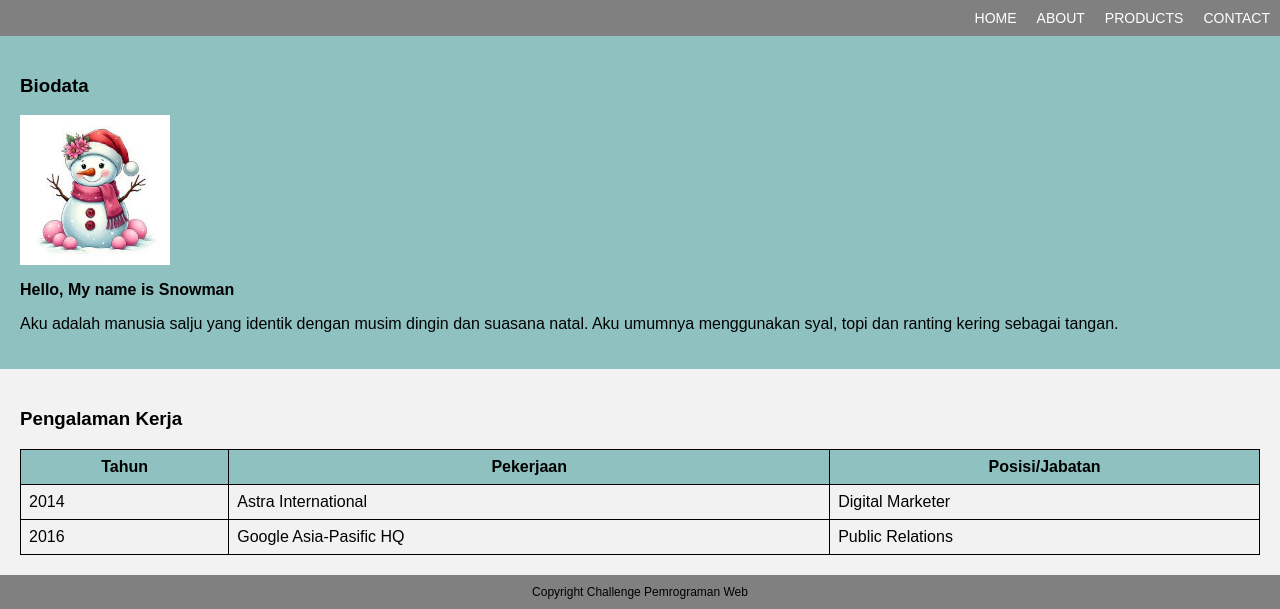
Repository: razitazhr/Pertemuan-6_24.116194
Page: Pertemuan 5/Challenge 5.html
The author's editor kept a copy of each file at every save. The page is drawn from the files as they stood at one save, then again after the next save.
The browser window is 1280 px wide. The pictures show the part of the page from y = 277 to 952 px (the page is 886 px tall before and 952 px after).

Above is the page before, as saved 2026-05-03 21:58:20.

After the next save:
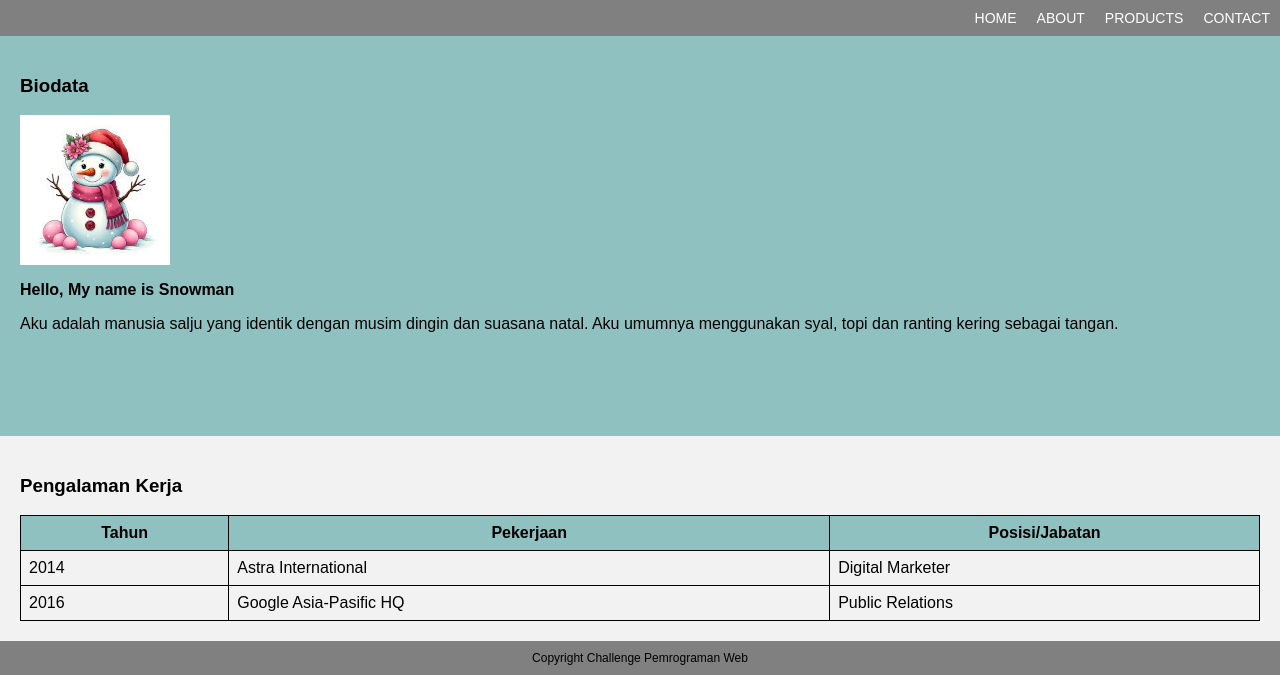
Saved 24 s later.
--- a/Pertemuan 5/Style.CSS
+++ b/Pertemuan 5/Style.CSS
@@ -38,7 +38,7 @@
 }
 .container {
     display: flex;
-    min-height: 300px;
+    min-height: 400px;
 }
 .biodata {
     flex: 1;

After the save that followed:
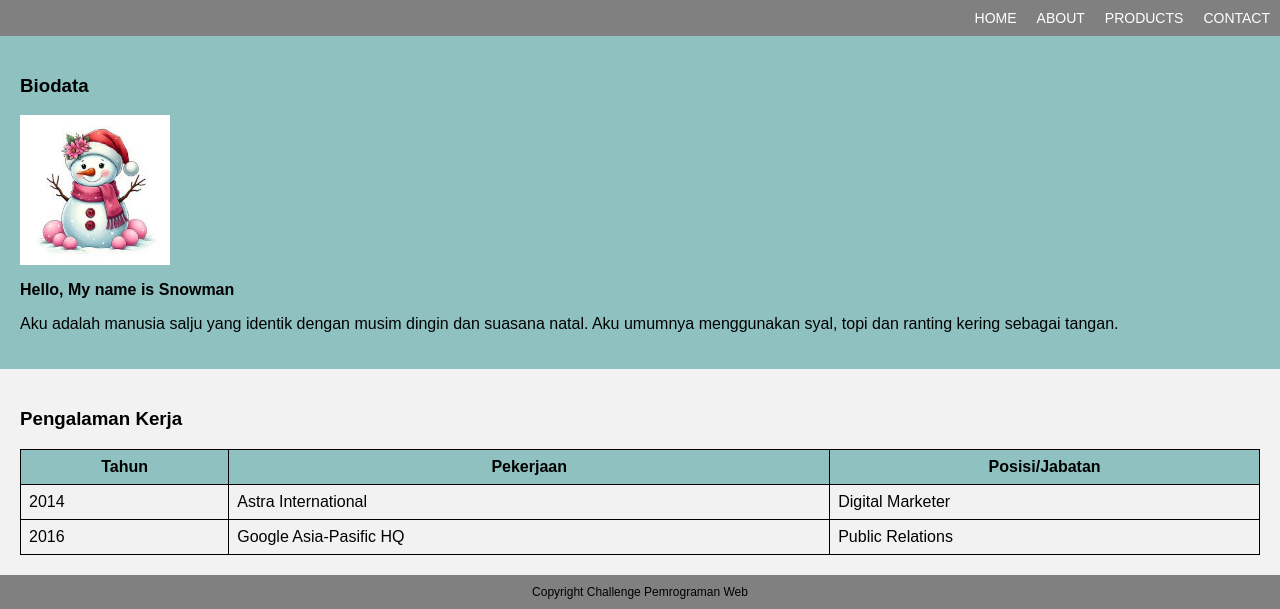
Saved 15 s later.
--- a/Pertemuan 5/Style.CSS
+++ b/Pertemuan 5/Style.CSS
@@ -38,7 +38,7 @@
 }
 .container {
     display: flex;
-    min-height: 400px;
+    min-height: 300px;
 }
 .biodata {
     flex: 1;
